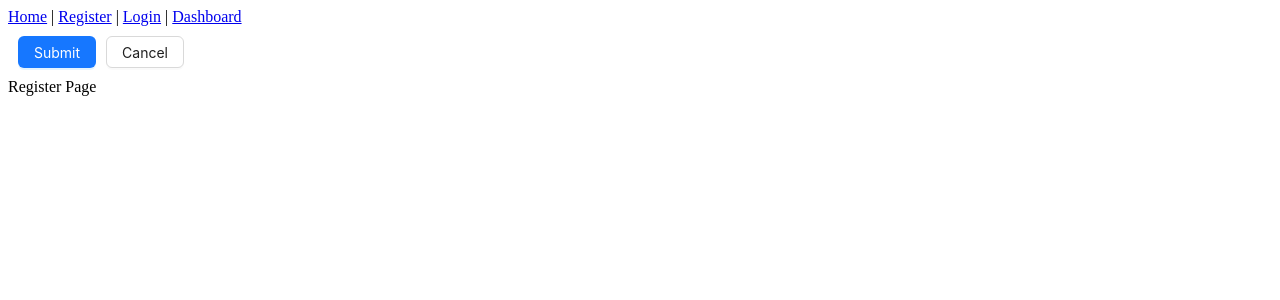
Repository: shaynewx/Airbrb
Page: /register (app in frontend/)
An editor plug-in stored every save of this project. The page is shown before and after the next save, followed by the edit.
The browser window is 1280 px wide. The pictures show the whole page.
The project was rebuilt for these pictures with package versions that can differ from the ones it lists, and the page was loaded fresh each time. Also part of the build but not shown: frontend/src/components/Home.jsx, frontend/src/components/form/apiService.jsx, frontend/src/components/form/LoginForm.jsx, frontend/src/components/Login.jsx, frontend/src/components/Dashboard.jsx.

Above is the page before, as saved 2023-11-07 12:45:25.

After the next save:
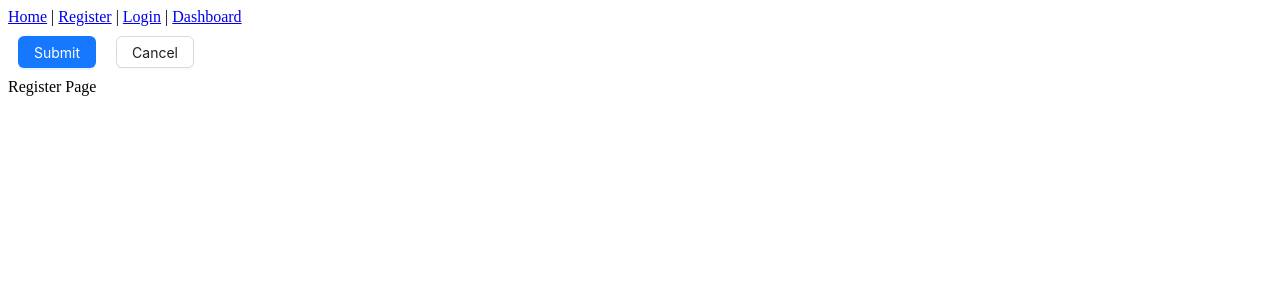
Saved 12 s later.
--- a/frontend/src/components/button/CancelButton.jsx
+++ b/frontend/src/components/button/CancelButton.jsx
@@ -2,7 +2,7 @@ import React from 'react';
 import { Button } from 'antd';
 
 const CancelButton = () => (
-  <Button>Cancel</Button>
+  <Button style={{ margin: '10px' }}>Cancel</Button>
 );
 
 export default CancelButton;
